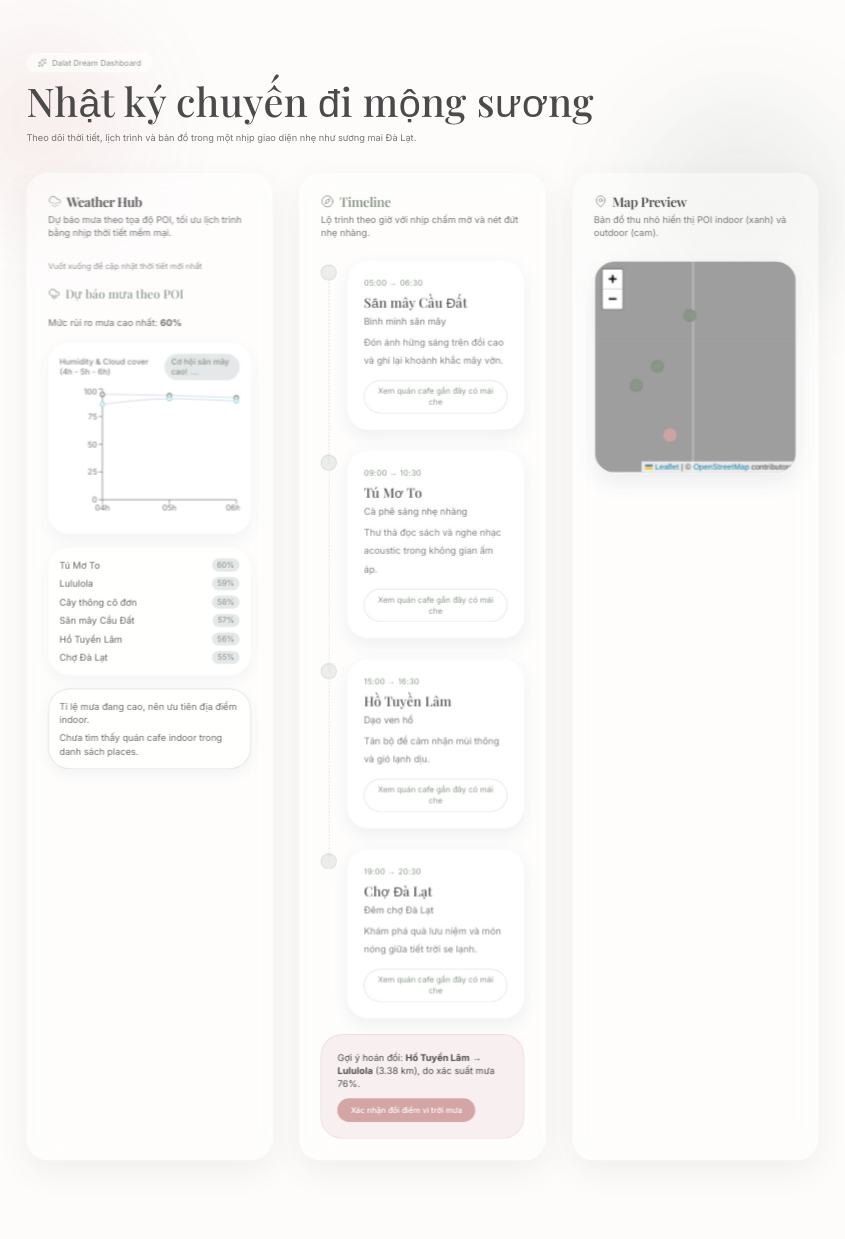
Repository: ferbdev-byte/tripdalat
Page: /trips/dalat-2024
An editor plug-in stored every save of this project. The page is shown before and after the next save, followed by the edit.
The browser window is 1280 px wide. The pictures show the whole page, at 66% of full size.
Pictures or frames that could not be fetched are drawn as grey boxes. Some web fonts or font styles are not loaded; a fallback is used. The project was rebuilt for these pictures with package versions that can differ from the ones it lists, and the page was loaded fresh each time. The framework's server and built-in components were replaced by stand-ins that run in the browser.

Above is the page before, as saved 2026-03-14 02:46:36.

After the next save:
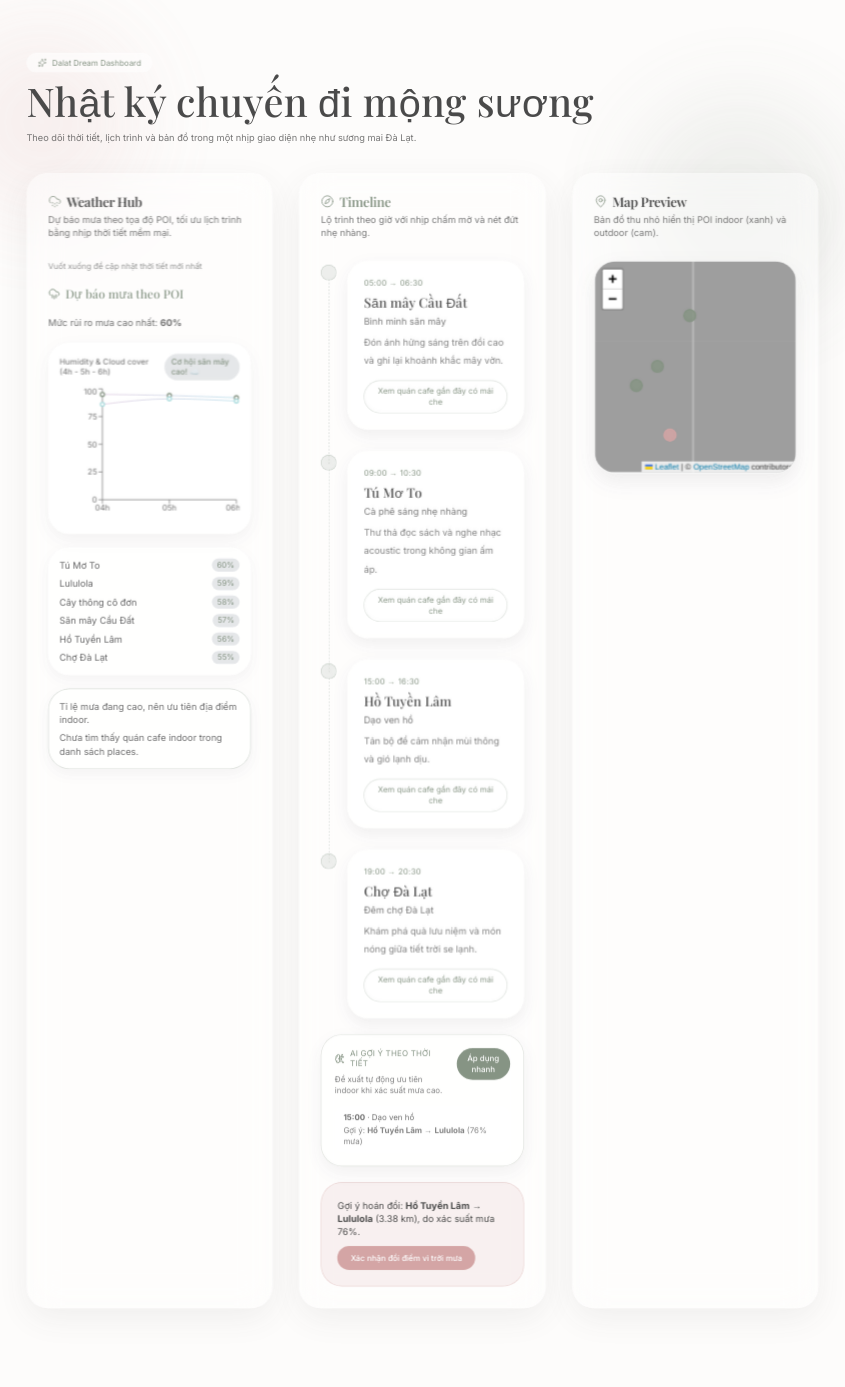
Saved 7 min 15 s later.
--- a/src/app/(dashboard)/trips/[tripId]/page.tsx
+++ b/src/app/(dashboard)/trips/[tripId]/page.tsx
@@ -1,7 +1,7 @@
 'use client';
 
 import dynamic from 'next/dynamic';
-import { CloudDrizzle, Compass, MapPin, Sparkles } from 'lucide-react';
+import { BrainCircuit, CloudDrizzle, Compass, MapPin, Sparkles } from 'lucide-react';
 import { useCallback, useEffect, useMemo, useState, useTransition } from 'react';
 import { Toaster, toast } from 'sonner';
 import { Card, CardContent, CardDescription, CardHeader, CardTitle } from '../../../../components/ui/card';
@@ -120,6 +120,20 @@ export default function TripDashboardPage({ params }: PageProps) {
 
   const { swapSuggestions, hasSwapSuggestion } = useTrip(itineraryForSwap, pois, hourlyRain);
 
+  const aiRecommendations = useMemo(() => {
+    const itineraryById = new Map(itinerary.map((item) => [item.id, item]));
+
+    return swapSuggestions.slice(0, 3).map((suggestion) => {
+      const relatedItem = itineraryById.get(suggestion.itineraryItemId);
+
+      return {
+        ...suggestion,
+        time: relatedItem?.start_time ?? '--:--',
+        activity: relatedItem?.title ?? 'Hoạt động ngoài trời',
+      };
+    });
+  }, [itinerary, swapSuggestions]);
+
   const firstIndoorSuggestion = useMemo(() => {
     return swapSuggestions[0] ?? null;
   }, [swapSuggestions]);
@@ -161,6 +175,43 @@ export default function TripDashboardPage({ params }: PageProps) {
       toast.success('Đã đổi lịch để né mưa thành công! 🌧️✅');
     });
   }, [firstIndoorSuggestion, pois]);
+
+  const handleApplyAllSmartRecommendations = useCallback(() => {
+    if (swapSuggestions.length === 0) {
+      toast.info('Hiện chưa có đề xuất nào cần áp dụng.');
+      return;
+    }
+
+    startSwapTransition(async () => {
+      const suggestionByItineraryId = new Map(swapSuggestions.map((item) => [item.itineraryItemId, item]));
+
+      let appliedCount = 0;
+
+      setItinerary((previous) =>
+        previous.map((item) => {
+          const suggestion = suggestionByItineraryId.get(item.id);
+          if (!suggestion) return item;
+
+          const toPlace = pois.find((place) => place.id === suggestion.toPlaceId);
+          const fromPlace = pois.find((place) => place.id === suggestion.fromPlaceId);
+          if (!toPlace || !fromPlace) return item;
+
+          appliedCount += 1;
+          const note = `AI đề xuất đổi ${fromPlace.name} → ${toPlace.name} do mưa ${suggestion.rainProbability}%`;
+
+          return {
+            ...item,
+            place_id: toPlace.id,
+            place: toPlace,
+            description: item.description ? `${item.description}\n${note}` : note,
+          };
+        }),
+      );
+
+      setSwapMessage(`AI đã áp dụng ${appliedCount} đề xuất né mưa cho timeline.`);
+      toast.success(`Đã áp dụng ${appliedCount} đề xuất thời tiết.`);
+    });
+  }, [pois, swapSuggestions]);
 
   return (
     <main className="relative min-h-screen space-y-10 overflow-hidden bg-[#FDFCFB] p-8 md:p-10">
@@ -254,6 +305,43 @@ export default function TripDashboardPage({ params }: PageProps) {
               </div>
             )}
 
+            <div className="animate-fade-up rounded-dalat border border-pine/25 bg-white/60 p-5 text-sm text-[#4A4A4A] shadow-[0_10px_26px_rgba(74,74,74,0.07)] [animation-delay:280ms]">
+              <div className="flex items-start justify-between gap-4">
+                <div>
+                  <p className="inline-flex items-center gap-2 text-xs uppercase tracking-wide text-pine">
+                    <BrainCircuit className="h-4 w-4" />
+                    AI Gợi ý theo thời tiết
+                  </p>
+                  <p className="mt-2 text-xs text-[#4A4A4A]/70">Đề xuất tự động ưu tiên indoor khi xác suất mưa cao.</p>
+                </div>
+                <button
+                  type="button"
+                  onClick={handleApplyAllSmartRecommendations}
+                  disabled={isPendingSwap || aiRecommendations.length === 0}
+                  className="rounded-full bg-pine px-4 py-2 text-xs font-medium text-white transition hover:opacity-90 disabled:cursor-not-allowed disabled:opacity-60"
+                >
+                  {isPendingSwap ? 'Đang áp dụng...' : 'Áp dụng nhanh'}
+                </button>
+              </div>
+
+              {aiRecommendations.length === 0 ? (
+                <p className="mt-3 text-xs text-[#4A4A4A]/70">Thời tiết hiện ổn định, chưa cần đổi lịch trình.</p>
+              ) : (
+                <ul className="mt-4 space-y-2">
+                  {aiRecommendations.map((recommendation) => (
+                    <li key={recommendation.itineraryItemId} className="rounded-2xl border border-white/35 bg-white/55 px-3 py-2">
+                      <p className="text-xs text-[#4A4A4A]/80">
+                        <strong>{recommendation.time}</strong> · {recommendation.activity}
+                      </p>
+                      <p className="mt-1 text-xs text-[#4A4A4A]/70">
+                        Gợi ý: <strong>{recommendation.fromPlaceName}</strong> → <strong>{recommendation.toPlaceName}</strong> ({recommendation.rainProbability}% mưa)
+                      </p>
+                    </li>
+                  ))}
+                </ul>
+              )}
+            </div>
+
             {hasSwapSuggestion && firstIndoorSuggestion && (
               <div className="rounded-dalat border border-rose/40 bg-rose/15 p-6 text-sm text-[#4A4A4A] transition-all duration-700">
                 <p>
